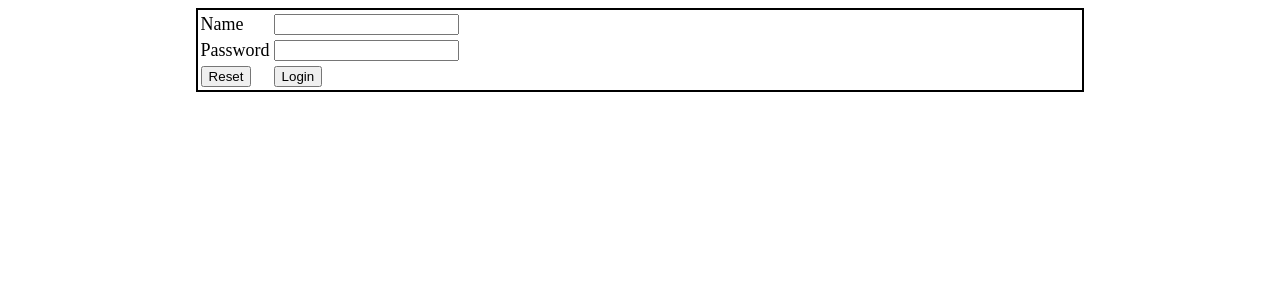
Repository: jks2127/SMS-webApp
Page: sms 1.2/WebContent/index.html
These files come from the project's save history. The page is drawn as it stood at one moment and after the next save; the edit follows.
The browser window is 1280 px wide. The pictures show the whole page.

Above is the page before, as saved 2021-06-11 12:19:24.

After the next save:
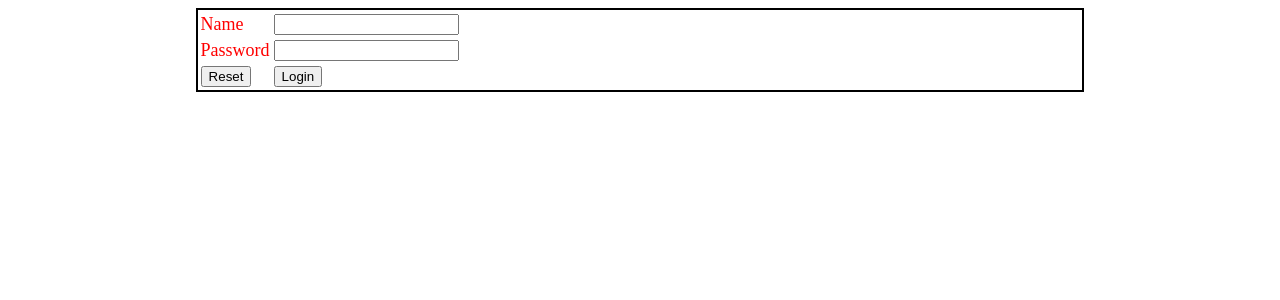
Saved 115 s later.
--- a/sms 1.2/WebContent/index.html
+++ b/sms 1.2/WebContent/index.html
@@ -10,6 +10,7 @@
 		width:70%;
 		border:2px solid black;
 		font-size:18px;
+		color: red;
 		}
 	</style>
 </head>
